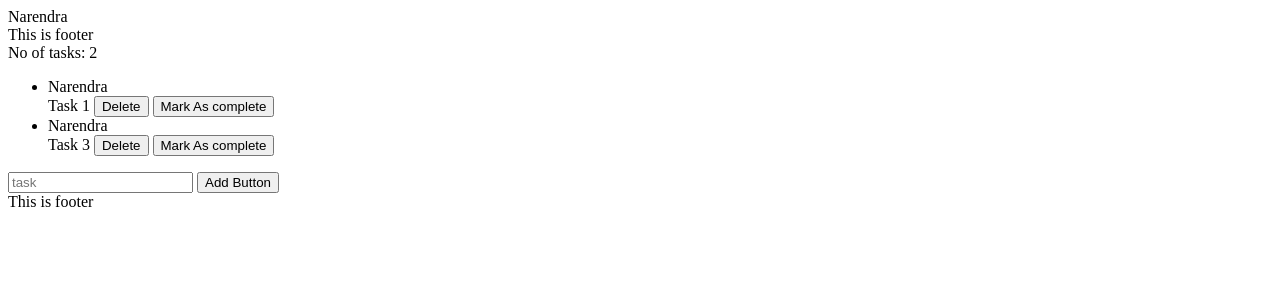
Repository: narendraiitm/jan-2023-term-live-session
Page: todo-vue/index.html
These files come from the project's save history. The page is drawn as it stood at one moment and after the next save; the edit follows.
The browser window is 1280 px wide. The pictures show the whole page.

Above is the page before, as saved 2023-02-16 17:48:32.

After the next save:
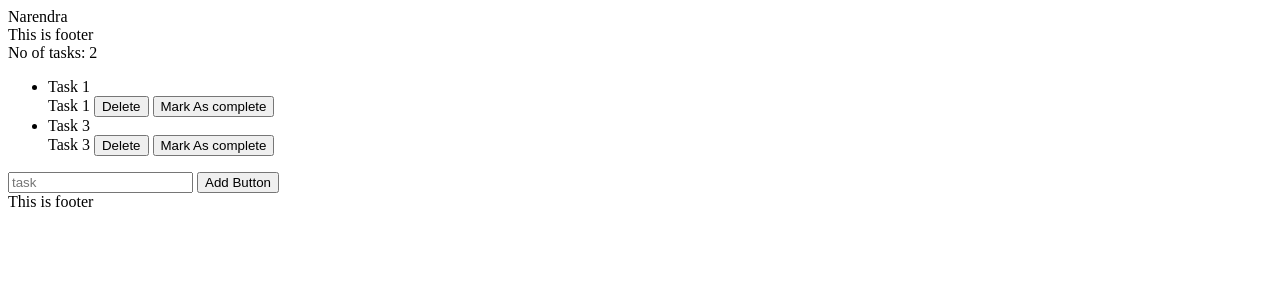
Saved 35 s later.
--- a/todo-vue/app.js
+++ b/todo-vue/app.js
@@ -24,7 +24,7 @@ new Vue({
   <ul>
 
     <li v-for='(task, index) in tasks'>
-        <Task :childTask="{name: 'Narendra'}" />
+        <Task :childTask="task" />
         <span :class='{complete: task.complete}'>{{task.name}}</span>
         <button @click='deleteTask(index)'> Delete</button>
         <button @click='markAsComplete(index)'> Mark As complete</button>
